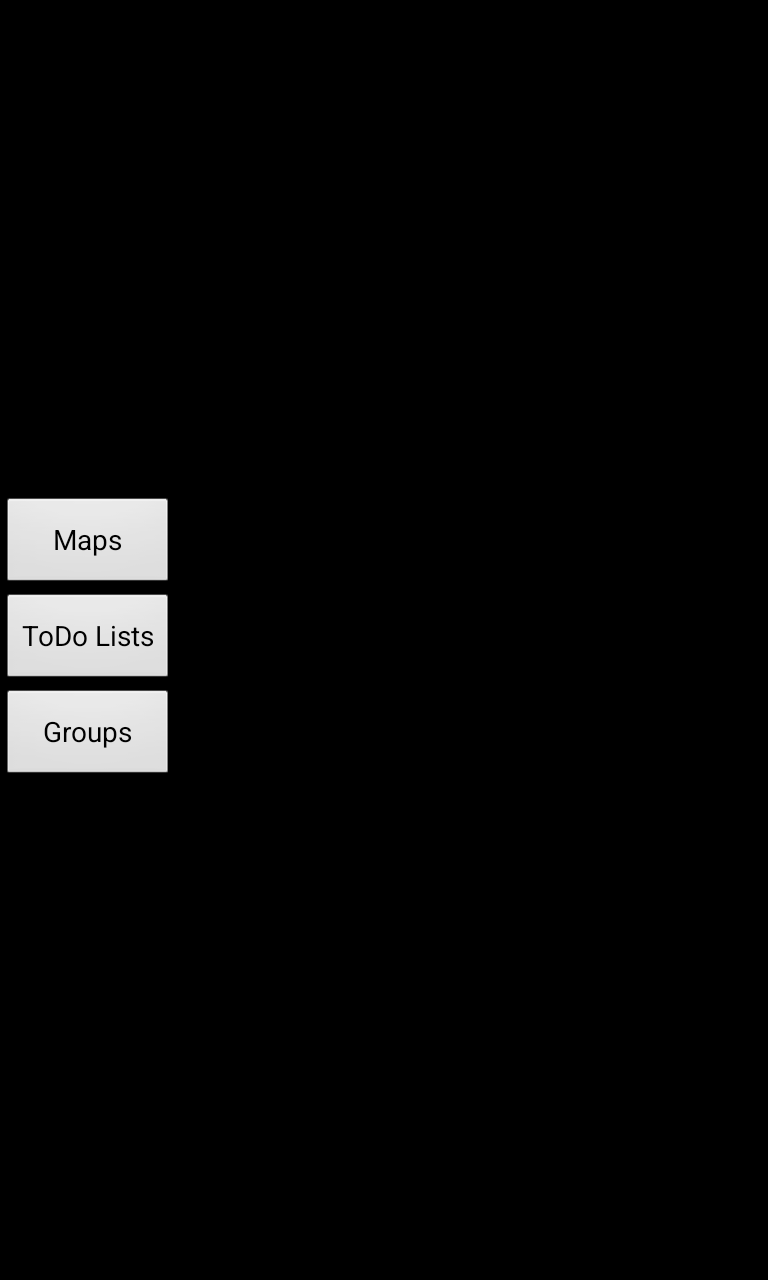
Repository: hilfialkaff/todo
Layout: ToDo_Replica/res/layout/main.xml
These files come from the project's save history. The layout is drawn as it stood at one moment and after the next save; the edit follows.
It is drawn on a 768 x 1280 px phone screen (xhdpi) without system bars, with theme CustomTheme; the app's code is not run.

Above is the layout before, as saved 2011-03-17 23:12:01.

After the next save:
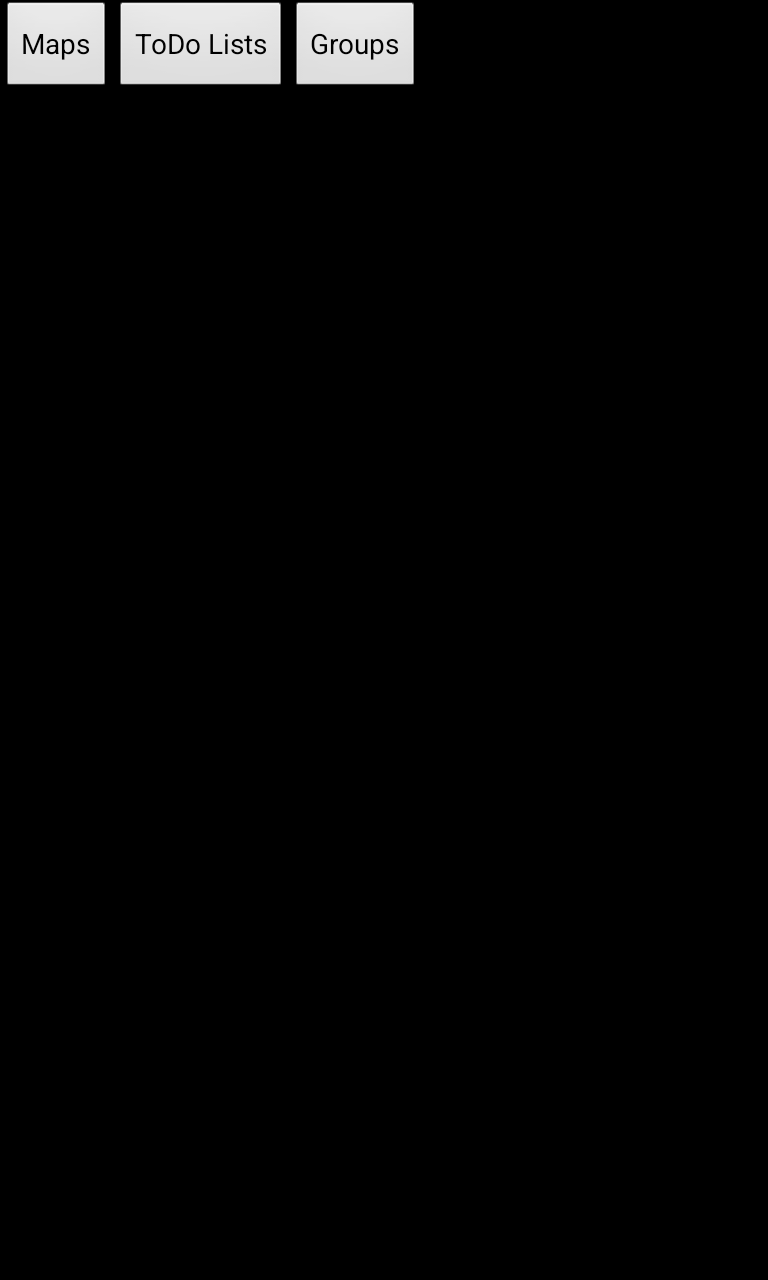
Saved 5 min 2 s later.
--- a/ToDo_Replica/res/layout/main.xml
+++ b/ToDo_Replica/res/layout/main.xml
@@ -4,35 +4,28 @@
     android:layout_width="fill_parent"
     android:layout_height="fill_parent">
     <ImageView
-	android:id="@+id/iv_background"
-	android:layout_width="wrap_content"
-	android:layout_height="wrap_content"
-	android:layout_alignParentBottom="true"
-	android:layout_alignParentRight="true">
-	</ImageView>
-	<TableLayout
-		android:id="@+id/tl_main"
+		android:id="@+id/iv_background"
 		android:layout_width="wrap_content"
 		android:layout_height="wrap_content"
-		android:stretchColumns="0"
-		android:layout_gravity="center_vertical">
-		<Button
-			android:id="@+id/b_maps"
-			android:layout_width="wrap_content"
-			android:layout_height="wrap_content"
-			android:text="Maps">
-		</Button>
-		<Button
-			android:id="@+id/b_todo_lists"
-			android:layout_width="wrap_content"
-			android:layout_height="wrap_content"
-			android:text="ToDo Lists">
-		</Button>
-		<Button
-			android:id="@+id/b_groups"
-			android:layout_width="wrap_content"
-			android:layout_height="wrap_content"
-			android:text="Groups">
-		</Button>
-	</TableLayout>
+		android:layout_alignParentBottom="true"
+		android:layout_alignParentRight="true">
+	</ImageView>
+	<Button
+		android:id="@+id/b_maps"
+		android:layout_width="wrap_content"
+		android:layout_height="wrap_content"
+		android:text="Maps">
+	</Button>
+	<Button
+		android:id="@+id/b_todo_lists"
+		android:layout_width="wrap_content"
+		android:layout_height="wrap_content"
+		android:text="ToDo Lists">
+	</Button>
+	<Button
+		android:id="@+id/b_groups"
+		android:layout_width="wrap_content"
+		android:layout_height="wrap_content"
+		android:text="Groups">
+	</Button>
 </LinearLayout>
